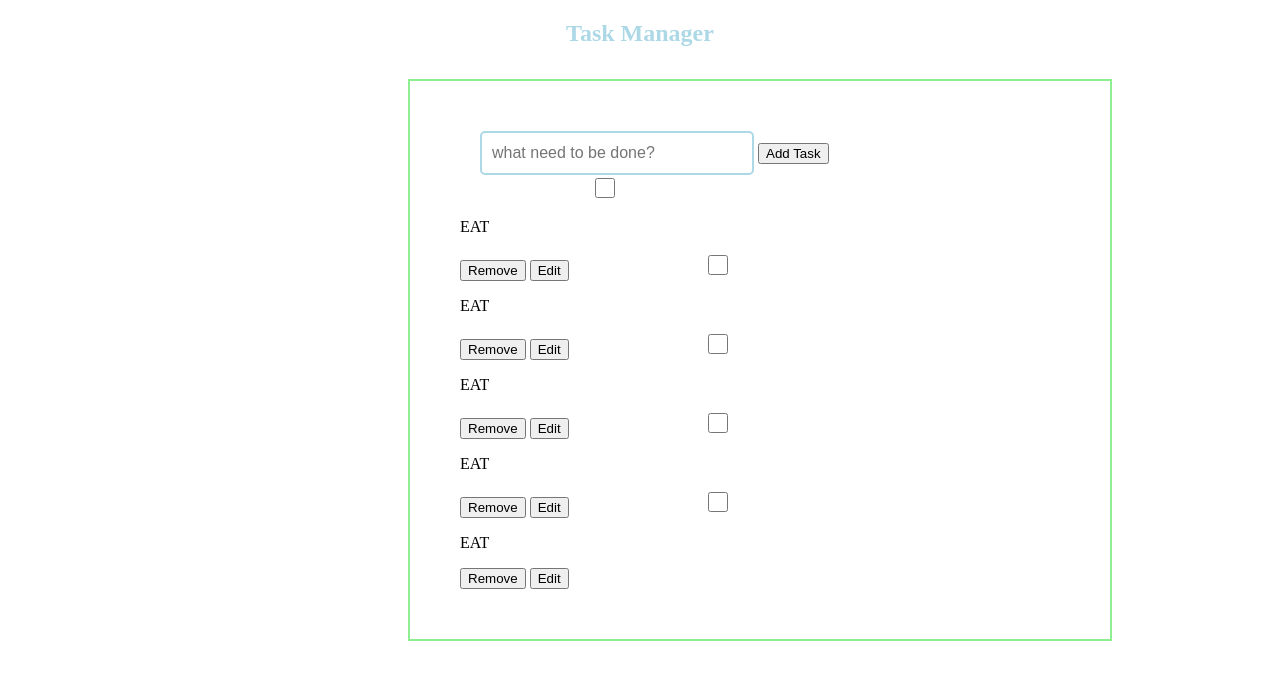
Repository: sristigupta04/basic-js-project
Page: todo app/title.html
The author's editor kept a copy of each file at every save. The page is drawn from the files as they stood at one save, then again after the next save.
The browser window is 1280 px wide. The pictures show the whole page.

Above is the page before, as saved 2025-10-28 19:01:53.

After the next save:
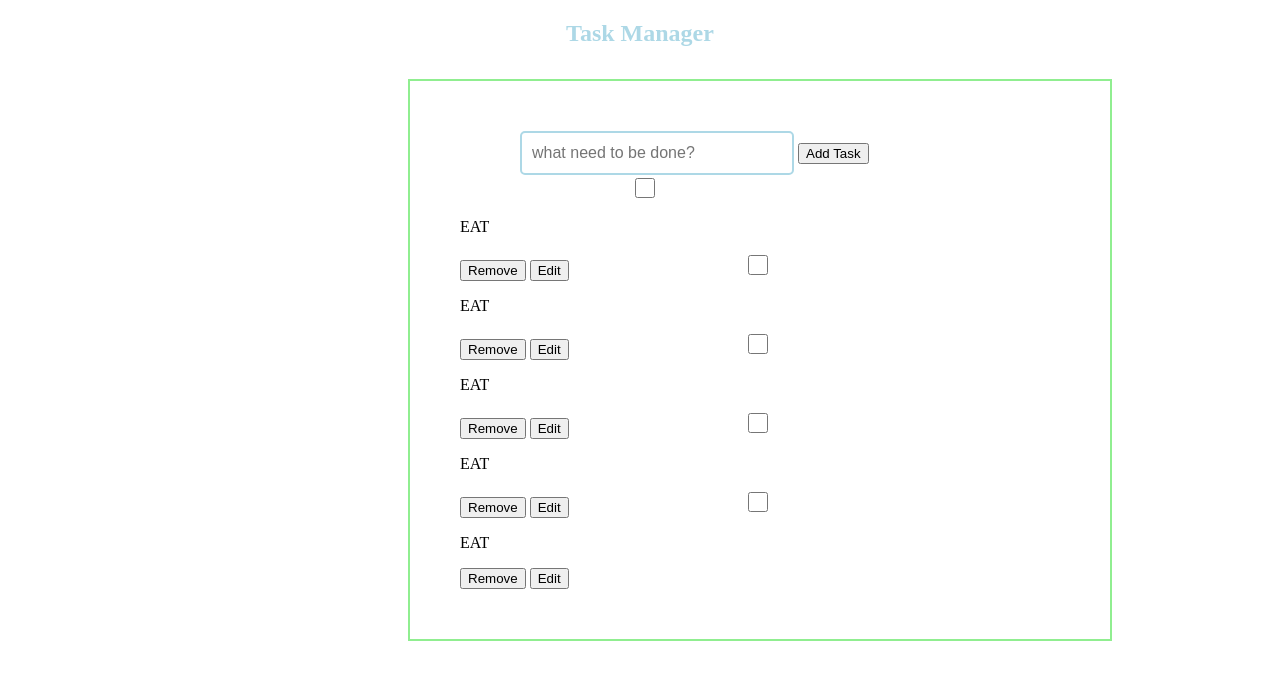
Saved 5 s later.
--- a/todo app/title.css
+++ b/todo app/title.css
@@ -28,7 +28,6 @@ display: flex;
      border:2px solid lightblue;
      border-radius: 5px;
      outline: none;
-     margin-left: 20px;
-     ;
+     margin-left: 60px;;
 
 }
